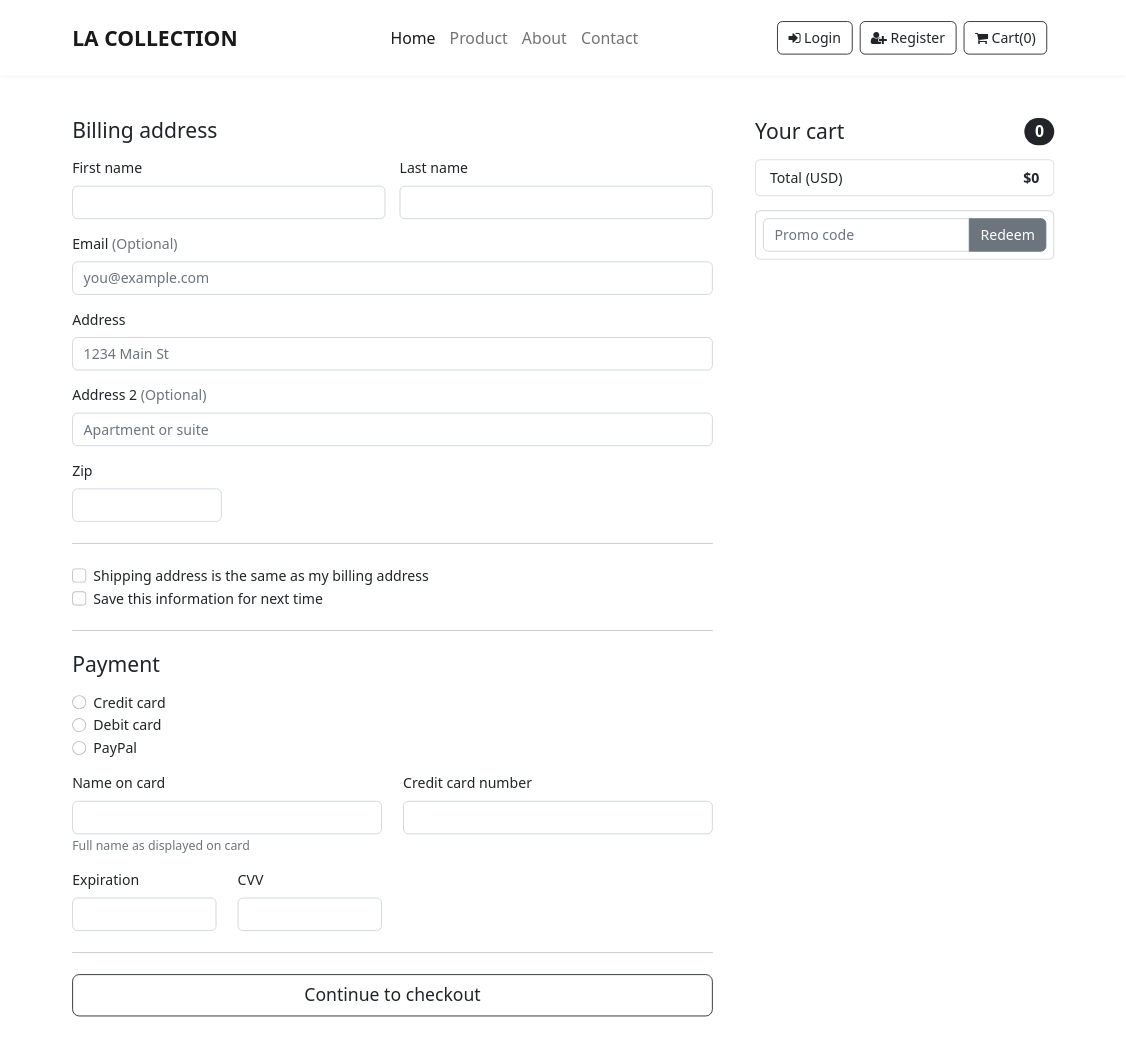
Repository: tiendungjr123/Ecommerce
Page: /checkout
An editor plug-in stored every save of this project. The page is shown before and after the next save, followed by the edit.
The browser window is 1280 px wide. The pictures show the whole page, at 88% of full size.
The project was rebuilt for these pictures with package versions that can differ from the ones it lists, and the page was loaded fresh each time. Also part of the build but not shown: src/components/Products.jsx, src/components/Home.jsx, src/redux/action/index.js, src/components/ProductDetail.jsx, src/components/About.jsx, src/components/Contact.jsx, src/components/Cart.jsx.

Above is the page before, as saved 2022-10-04 21:15:06.

### src/index.js
import React from 'react';
import ReactDOM from 'react-dom/client';
import './index.css';
import App from './App';
import '../node_modules/bootstrap/dist/css/bootstrap.min.css';
import '../node_modules/bootstrap/dist/js/bootstrap.min.js';
import '../node_modules/font-awesome/css/font-awesome.min.css';
import 'react-loading-skeleton/dist/skeleton.css'
import 'react-notifications/lib/notifications.css';
import { BrowserRouter } from 'react-router-dom';
import store from './redux/store';
import { Provider } from 'react-redux';
const root = ReactDOM.createRoot(document.getElementById('root'));
root.render(
   <BrowserRouter>
      <Provider store={store}>
         <App />
      </Provider>
   </BrowserRouter>
);

### src/index.css
body {
   margin: 0;
   font-family: -apple-system, BlinkMacSystemFont, "Segoe UI", "Roboto", "Oxygen", "Ubuntu", "Cantarell", "Fira Sans",
      "Droid Sans", "Helvetica Neue", sans-serif;
   -webkit-font-smoothing: antialiased;
   -moz-osx-font-smoothing: grayscale;
}

code {
   font-family: source-code-pro, Menlo, Monaco, Consolas, "Courier New", monospace;
}

### src/App.js
import './App.css';
import Home from './components/Home';
import Navbar from './components/Navbar';
import {Route,  Routes} from 'react-router-dom';
import Products from './components/Products';
import ProductDetail from './components/ProductDetail';
import About from './components/About';
import Contact from './components/Contact';
import Cart from './components/Cart';
import Checkout from './components/Checkout';
function App() {
   return (
      <>
         <Navbar/>
         <Routes>
            <Route exact path='/' element={<Home/>}/>
            <Route exact path='/products' element={<Products/>}/>
            <Route exact path='/products/:id' element={<ProductDetail/>}/>
            <Route exact path='/about' element={<About/>}/>
            <Route exact path='/contact' element={<Contact/>}/>
            <Route exact path='/cart' element={<Cart/>}/>
            <Route exact path='/checkout' element={<Checkout/>}/>
         </Routes>
      </>
   );
}

export default App;

### src/redux/store.js
import { createStore } from "redux";
import rootReducers from "./reducer";
const store = createStore(rootReducers);

export default store;

### src/App.css
/* Navbar css */

.navbar-nav a{
   font-size: 18px;
}

/* Card css*/

.card{
   transition: all 0.5s ease;
}

.card:hover{
   transform: scale(1);
   box-shadow: 5px 5px 10px rgba(0, 0, 0, 0.5);
}

/* Product detail */
.img-detail{
   transition: all 0.5s ease;
}
.img-detail:hover{
   transform: scale(1.1);
   box-shadow: 5px 5px 10px rgba(0, 0, 0, 0.5);
}

### src/components/Navbar.jsx
import React, { useState } from 'react';
import { NavLink } from 'react-router-dom';
import { useSelector } from 'react-redux';
import Login from './Login';
import Register from './Register';
const Navbar = () => {
   const state = useSelector((state) => state.handleCart);
   return (
      <div>
         <nav className="navbar navbar-expand-lg bg-white py-3 shadow-sm">
            <div className="container">
               <NavLink className="navbar-brand fw-bold fs-4" to="/">LA COLLECTION</NavLink>
               <button className="navbar-toggler" type="button" data-bs-toggle="collapse" data-bs-target="#navbarSupportedContent" aria-controls="navbarSupportedContent" aria-expanded="false" aria-label="Toggle navigation">
                  <span className="navbar-toggler-icon"></span>
               </button>
               <div className="collapse navbar-collapse" id="navbarSupportedContent">
                  <ul className="navbar-nav mx-auto mb-2 mb-lg-0">
                     <li className="nav-item">
                        <NavLink className="nav-link active" aria-current="page" to="/">Home</NavLink>
                     </li>
                     <li className="nav-item">
                        <NavLink className="nav-link" to="/products">Product</NavLink>
                     </li>
                     <li className="nav-item">
                        <NavLink className="nav-link" to="/about">About</NavLink>
                     </li>
                     <li className="nav-item">
                        <NavLink className="nav-link" to="/contact">Contact</NavLink>
                     </li>
                  </ul>
               </div>
               <Login />
               <Register/>
               <NavLink to="/cart" className='btn btn-outline-dark m-2'>
                  <i className='fa fa-shopping-cart me-1'></i>Cart({state.length})
               </NavLink>
            </div>
         </nav>
      </div>
   );
}

export default Navbar;

### src/components/Checkout.jsx
import React from 'react';
import { useSelector } from 'react-redux';

const Checkout = () => {
   const state = useSelector((state) => state.handleCart);
   var total = 0;
   const productList = (product) =>{
      total = total + product.price;
      return (
         <li className='list-group-item d-flex justify-content-between lh-sm'>
            <div>
               <h6 className='my-0'>{product.title}</h6>
            </div>
            <span className='text-muted'>${product.price}</span>
         </li>
      )
   }
   return (
      <div className='container my-5'>
         <div className="row g-5">
            <div className="col-md-5 col-lg-4 order-md-last">
               <h4 className="d-flex justify-content-between align-items-center mb-3">
                  <span >Your cart</span>
                  <span className="badge bg-dark rounded-pill">{state.length}</span>
               </h4>
               <ul className="list-group mb-3">
                  {state.map(productList)}
                  <li className="list-group-item d-flex justify-content-between">
                     <span>Total (USD)</span>
                     <strong>${total}</strong>
                  </li>
               </ul>

               <form className="card p-2">
                  <div className="input-group">
                     <input type="text" className="form-control" placeholder="Promo code" />
                     <button type="submit" className="btn btn-secondary">Redeem</button>
                  </div>
               </form>
            </div>
            <div className="col-md-7 col-lg-8">
               <h4 className="mb-3">Billing address</h4>
               <form className="needs-validation" novalidate="">
                  <div className="row g-3">
                     <div className="col-sm-6">
                        <label htmlFor="firstName" className="form-label">First name</label>
                        <input type="text" className="form-control" id="firstName" placeholder="" value="" required="" />
                        <div className="invalid-feedback">
                           Valid first name is required.
                        </div>
                     </div>

                     <div className="col-sm-6">
                        <label htmlFor="lastName" className="form-label">Last name</label>
                        <input type="text" className="form-control" id="lastName" placeholder="" value="" required="" />
                        <div className="invalid-feedback">
                           Valid last name is required.
                        </div>
                     </div>



                     <div className="col-12">
                        <label htmlFor="email" className="form-label">Email <span className="text-muted">(Optional)</span></label>
                        <input type="email" className="form-control" id="email" placeholder="you@example.com" />
                        <div className="invalid-feedback">
                           Please enter a valid email address for shipping updates.
                        </div>
                     </div>

                     <div className="col-12">
                        <label htmlFor="address" className="form-label">Address</label>
                        <input type="text" className="form-control" id="address" placeholder="1234 Main St" required="" />
                        <div className="invalid-feedback">
                           Please enter your shipping address.
                        </div>
                     </div>

                     <div className="col-12">
                        <label htmlFor="address2" className="form-label">Address 2 <span className="text-muted">(Optional)</span></label>
                        <input type="text" className="form-control" id="address2" placeholder="Apartment or suite" />
                     </div>





                     <div className="col-md-3">
                        <label htmlFor="zip" className="form-label">Zip</label>
                        <input type="text" className="form-control" id="zip" placeholder="" required="" />
                        <div className="invalid-feedback">
                           Zip code required.
                        </div>
                     </div>
                  </div>
                  <hr className="my-4" />
                  <div className="form-check">
                     <input type="checkbox" className="form-check-input" id="same-address" />
                     <label className="form-check-label" htmlFor="same-address">Shipping address is the same as my billing address</label>
                  </div>
                  <div className="form-check">
                     <input type="checkbox" className="form-check-input" id="save-info" />
                     <label className="form-check-label" htmlFor="save-info">Save this information for next time</label>
                  </div>
                  <hr className="my-4" />
                  <h4 className="mb-3">Payment</h4>
                  <div className="my-3">
                     <div className="form-check">
                        <input id="credit" name="paymentMethod" type="radio" className="form-check-input" checked="" required="" />
                        <label className="form-check-label" htmlFor="credit">Credit card</label>
                     </div>
                     <div className="form-check">
                        <input id="debit" name="paymentMethod" type="radio" className="form-check-input" required="" />
                        <label className="form-check-label" htmlFor="debit">Debit card</label>
                     </div>
                     <div className="form-check">
                        <input id="paypal" name="paymentMethod" type="radio" className="form-check-input" required="" />
                        <label className="form-check-label" htmlFor="paypal">PayPal</label>
                     </div>
                  </div>
                  <div className="row gy-3">
                     <div className="col-md-6">
                        <label htmlFor="cc-name" className="form-label">Name on card</label>
                        <input type="text" className="form-control" id="cc-name" placeholder="" required="" />
                        <small className="text-muted">Full name as displayed on card</small>
                        <div className="invalid-feedback">
                           Name on card is required
                        </div>
                     </div>

                     <div className="col-md-6">
                        <label htmlFor="cc-number" className="form-label">Credit card number</label>
                        <input type="text" className="form-control" id="cc-number" placeholder="" required="" />
                        <div className="invalid-feedback">
                           Credit card number is required
                        </div>
                     </div>

                     <div className="col-md-3">
                        <label htmlFor="cc-expiration" className="form-label">Expiration</label>
                        <input type="text" className="form-control" id="cc-expiration" placeholder="" required="" />
                        <div className="invalid-feedback">
                           Expiration date required
                        </div>
                     </div>

                     <div className="col-md-3">
                        <label htmlFor="cc-cvv" className="form-label">CVV</label>
                        <input type="text" className="form-control" id="cc-cvv" placeholder="" required="" />
                        <div className="invalid-feedback">
                           Security code required
                        </div>
                     </div>
                  </div>
                  <hr className="my-4" />
                  <button className="w-100 btn btn-outline-dark btn-lg" type="submit">Continue to checkout</button>
               </form>
            </div>
         </div>
      </div>
   );
}

export default Checkout;

### src/redux/reducer/index.js
import handleCart from "./handleCart";
import { combineReducers } from "redux";

const rootReducers =  combineReducers({
   handleCart,
})

export default rootReducers;

### src/components/Login.jsx
import React from 'react';

const Login = () => {
   return (
      <>
         <button type="button" className="btn btn-outline-dark ms-auto" data-bs-toggle="modal" data-bs-target="#loginModal">
            <i className='fa fa-sign-in me-1' />Login
         </button>
         <div className="modal fade" id="loginModal" tabIndex="-1" aria-labelledby="loginModalLabel" aria-hidden="true">
            <div className="modal-dialog">
               <div className="modal-content">
                  <div className="modal-header">
                     <h1 className="modal-title fs-5 fw-bold" id="loginModalLabel">Login</h1>
                     <button type="button" className="btn-close" data-bs-dismiss="modal" aria-label="Close"></button>
                  </div>
                  <div className="modal-body">
                     <button className='btn btn-dark w-100 mb-2'>
                        <i className='fa fa-google me-2'></i>Sign in With Google
                     </button>
                     <button className='btn btn-dark w-100 mb-2'>
                        <i className='fa fa-facebook me-2'></i>Sign in With Facebook
                     </button>
                     <form>
                        <div class="mb-3">
                           <label htmlFor="exampleInputEmail1" class="form-label">Email address</label>
                           <input type="email" class="form-control" id="exampleInputEmail1" aria-describedby="emailHelp"/>
                              <div id="emailHelp" class="form-text">We'll never share your email with anyone else.</div>
                        </div>
                        <div class="mb-3">
                           <label htmlFor="exampleInputPassword1" class="form-label">Password</label>
                           <input type="password" class="form-control" id="exampleInputPassword1"/>
                        </div>
                        <div class="mb-3 form-check">
                           <input type="checkbox" class="form-check-input" id="exampleCheck1"/>
                              <label class="form-check-label" htmlFor="exampleCheck1">Check me out</label>
                        </div>
                        <button type="submit" class="btn btn-outline-dark w-100">Submit</button>
                     </form>
                  </div>
               </div>
            </div>
         </div>
      </>
   );
}

export default Login;

### src/components/Register.jsx
import React from 'react';

const Register = () => {
   return (
      <>
         <button type="button" class="btn btn-outline-dark ms-2" data-bs-toggle="modal" data-bs-target="#registerModal">
            <i className='fa fa-user-plus me-1'></i>Register
         </button>
         <div className="modal fade" id="registerModal" tabIndex="-1" aria-labelledby="registerModalLabel" aria-hidden="true">
            <div className="modal-dialog">
               <div className="modal-content">
                  <div className="modal-header">
                     <h1 className="modal-title fs-5 fw-bold" id="registerModalLabel">Register</h1>
                     <button type="button" className="btn-close" data-bs-dismiss="modal" aria-label="Close"></button>
                  </div>
                  <div className="modal-body">
                     <button className='btn btn-dark w-100 mb-2'>
                        <i className='fa fa-google me-2'></i>Sign up With Google
                     </button>
                     <button className='btn btn-dark w-100 mb-2'>
                        <i className='fa fa-facebook me-2'></i>Sign up With Facebook
                     </button>
                     <form>
                        <div class="mb-3">
                           <label htmlFor="exampleInput" class="form-label">User Name</label>
                           <input type="text" class="form-control" id="exampleInput" aria-describedby="emailHelp" />
                        </div>
                        <div class="mb-3">
                           <label htmlFor="exampleInputEmail1" class="form-label">Email address</label>
                           <input type="email" class="form-control" id="exampleInputEmail1" aria-describedby="emailHelp" />
                           <div id="emailHelp" class="form-text">We'll never share your email with anyone else.</div>
                        </div>
                        <div class="mb-3">
                           <label htmlFor="exampleInputPassword1" class="form-label">Password</label>
                           <input type="password" class="form-control" id="exampleInputPassword1" />
                        </div>
                        <button type="submit" class="btn btn-outline-dark w-100">Submit</button>
                     </form>
                  </div>
               </div>
            </div>
         </div>
      </>
   );
}

export default Register;

### src/redux/reducer/handleCart.js
const cart = [];

const handleCart = (state = cart, action) => {
   const product = action.payload;
   switch (action.type) {
      case 'cart/addProduct':
         const exist = state.find((x) => x.id === product.id);
         if (exist) {
            return state.map((x) => x.id === product.id ? { ...x, qty: x.qty + 1 } : x)
         }else{
            const product = action.payload;
            return [
               ...state,
               {
                  ...product,
                  qty: 1,
               }
            ]
         }
         break;
      case 'cart/deleteProduct':
         const exist1 = state.find((x) => x.id === product.id);
         if(exist1.qty === 1){
            return state.filter((x) => x.id !== exist1.id)
         }
         else{
            return state.map((x) =>
               x.id === product.id ? {...x, qty: x.qty-1}:x
            );
         }
         break;
      default:
         return state;
   }
}

export default handleCart;

Loaded but not shown: public/index.html (common file)

After the next save:
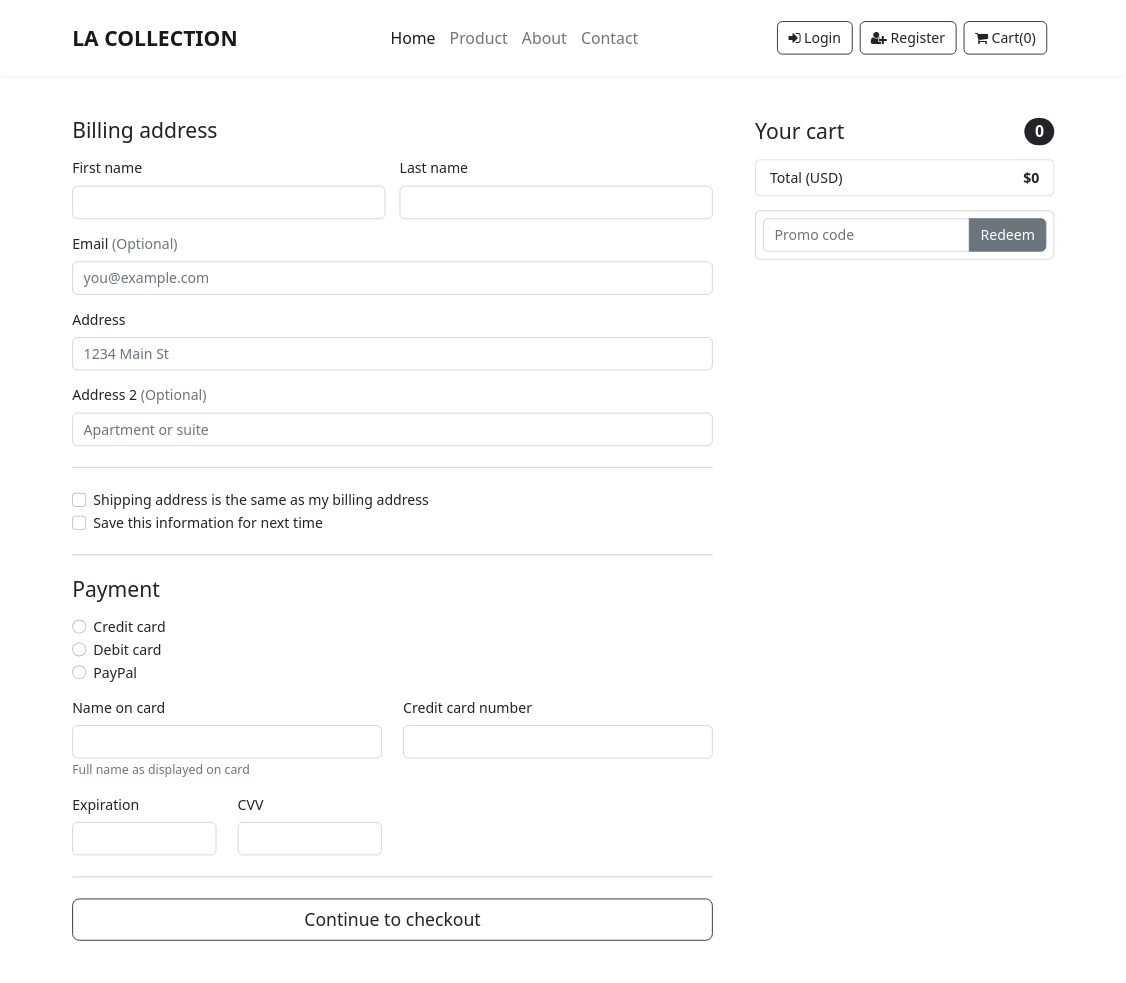
Saved 8 s later.
--- a/src/components/Checkout.jsx
+++ b/src/components/Checkout.jsx
@@ -85,13 +85,6 @@ const Checkout = () => {
 
 
 
-                     <div className="col-md-3">
-                        <label htmlFor="zip" className="form-label">Zip</label>
-                        <input type="text" className="form-control" id="zip" placeholder="" required="" />
-                        <div className="invalid-feedback">
-                           Zip code required.
-                        </div>
-                     </div>
                   </div>
                   <hr className="my-4" />
                   <div className="form-check">
